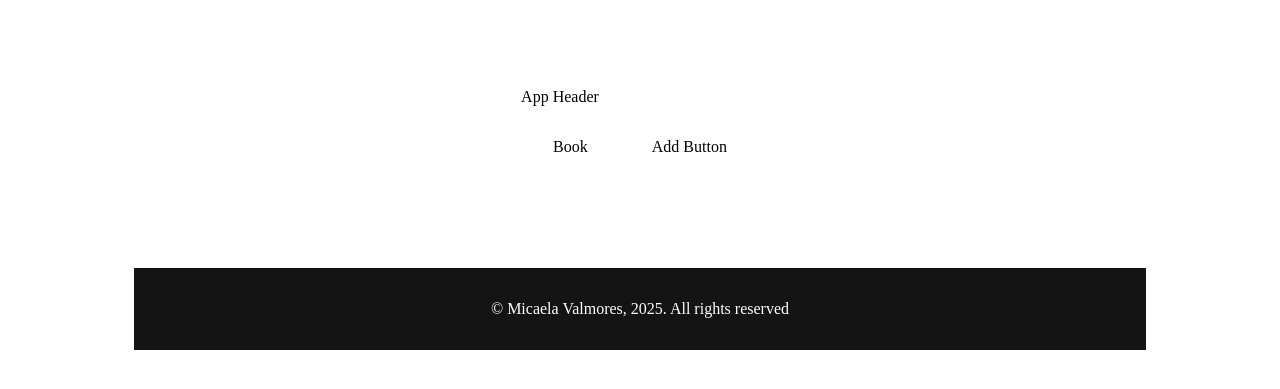
Repository: Micaelavalmores/COMP3170-Data-Fetching
Page: /
An editor plug-in stored every save of this project. The page is shown before and after a run of saves, followed by the edit.
The browser window is 1280 px wide. The pictures show the whole page.
The project was rebuilt for these pictures with package versions that can differ from the ones it lists, and the page was loaded fresh each time. Also part of the build but not shown: vite.config.js.

Above is the page before, as saved 2025-09-22 18:03:00.

### index.html
<!doctype html>
<html lang="en">
  <head>
    <meta charset="UTF-8" />
    <meta name="viewport" content="width=device-width, initial-scale=1.0" />
    <title>Book Catalog</title>
  </head>
  <body>
    <div id="root"></div>
    <script type="module" src="/src/main.jsx"></script>
  </body>
</html>

### src/index.css


.app {
  display: flex;
  flex-direction: column;
  width: 80%;
  margin: 0 auto;
  background: #fff;
  min-height: 100%;
  justify-content: space-between;

  footer {
    padding: 0;
    background: #141414;
    color: #fff;

    p {
        text-align: center;
        padding: 1em 0;
    }
  }

  .content {
    margin: 2em auto;
    padding: 3em 0;
  }

  .mainContent {
    display: flex;
    justify-content: space-between;
  }

  .Book {
    margin: 2em;
  }

  .AddButton {
    margin: 2em;
  }

}

### src/App.jsx
import Footer from "./components/Footer";
import Book from "./components/Book";
import AppHeader from "./components/AppHeader";
import AddButton from "./components/AddButton";


function App () {
  return (
    <div className="app">
      <section className="content">
        <AppHeader />
        <div className="mainContent">
          <div className="Book">
            <Book />
          </div>
          <div className="AddButton">
            <AddButton />
          </div>
        </div>
      </section>
        <Footer />
    </div>
  )
}

export default App;

### src/components/Footer.jsx
function Footer() {
    return (
        <footer>
            <p>&copy; Micaela Valmores, 2025. All rights reserved</p>
        </footer>
    );
}

export default Footer;

### src/components/Book.jsx
function Book () {
    return 'Book';
}

export default Book;

### src/components/AppHeader.jsx


function AppHeader () {
    return 'App Header';
}

export default AppHeader;

### src/components/AddButton.jsx
function AddButton () {
    return `Add Button`;
}

export default AddButton;

Loaded but not shown: src/main.jsx (common file)

After the next 3 saves:
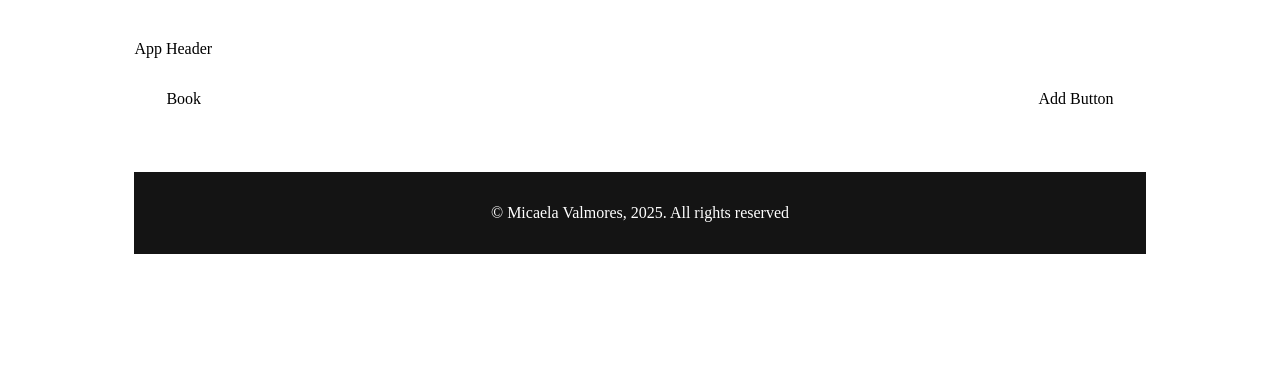
The 3 saves are shown as one change because they came seconds apart.
The last was saved 31 s later.
--- a/src/index.css
+++ b/src/index.css
@@ -21,8 +21,8 @@
   }
 
   .content {
-    margin: 2em auto;
-    padding: 3em 0;
+    margin: 2em 0;
+
   }
 
   .mainContent {
